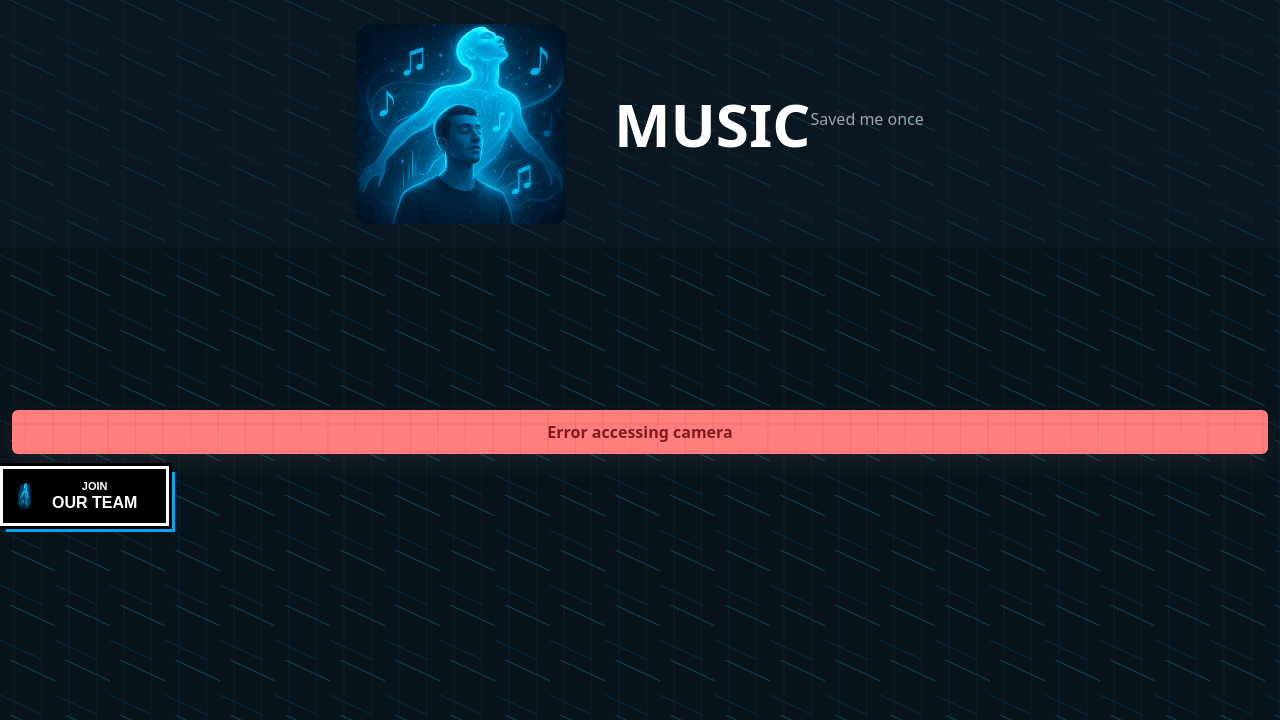
Repository: ItsMe-Pal/something
Page: index.html
These files come from the project's save history. The page is drawn as it stood at one moment and after the next save; the edit follows.
The browser window is 1280 px wide. The pictures show the whole page.
The style sheet was rebuilt from its Sass, Less or Tailwind sources for each picture, by a compiler version that may differ from the author's.

Above is the page before, as saved 2025-06-22 20:45:02.

### index.html
<!DOCTYPE html>
<html lang="en">
<head>
    <meta charset="UTF-8">
    <meta name="viewport" content="width=device-width, initial-scale=1.0">
    <title></title>

    <link rel="stylesheet" href="/manifest.json">

    <script src="https://cdn.jsdelivr.net/npm/@tailwindcss/browser@4"></script>
    <script src="https://code.jquery.com/jquery-3.7.1.js" integrity="sha256-eKhayi8LEQwp4NKxN+CfCh+3qOVUtJn3QNZ0TciWLP4=" crossorigin="anonymous"></script>
    <script src="https://cdn.jsdelivr.net/npm/@tensorflow/tfjs@latest"> </script>


    <link rel="stylesheet" href="/styles/main.css">


</head>
<body>
    <div id="bg">

        <div class="relative flex gap-[2%] flex-wrap content-start">
            <div class="w-full h-[5%]">


                    <header style="background-color: #0f1e2973;">
                        <nav class="flex-wrap mx-auto flex max-w-7xl items-center justify-center gap-12 p-6 lg:px-8" aria-label="Global">
                        <div>

                            <img class="h-50 w-auto rounded-xl" src="/imgs/icons/icon-512x512.png" alt="" />
                            </div>



                        <div class="flex">
                            <span class="word1">MUSIC</span>
                            <p class="word2">Saved me once</p>
                        </div>
                        </nav>

                    </header>
            </div>
            <div class="m-3 grow h-3/4 video-main">
                <video id="video" autoplay playsinline></video>

            </div>






            <div class="w-full h-[5%]">
                <button class="brutalist-button">
                    <div class="-logo">
                        <img class="-logo-icon" src="/imgs/icons/icon-512x512.png" alt="">
                    </div>
                    <div class="button-text">
                        <a href="http://">
                            <span>Join</span>
                            <span>Our team</span>
                        </a>
                    </div>
                </button>

            </div>
        </div>

    </div>
    <script type="module" src="/src/main.js"></script>




</body>
</html>

### styles/main.scss
@use "./customs.scss";
@use "./components.scss";


#bg {
    position: relative;
    width: 100%;
    height: 100vh;
    --color: #001f3fe8;
    background-color: rgb(1 6 10);
    background-image: linear-gradient(205deg, transparent 24%, var(--color) 25%, #0e7e87 26%, transparent 27%, transparent 74%, rgba(0, 58, 86, 0.9098039216) 75%, var(--color) 76%, transparent 77%, transparent), linear-gradient(90deg, transparent 24%, var(--color) 25%, rgba(27, 26, 17, 0.9098039216) 26%, transparent 27%, transparent 74%, rgba(19, 18, 19, 0.9098039216) 75%, var(--color) 76%, transparent 77%, transparent);
    background-size: 55px 55px;
  }
#bg:before {
    content: "";
    position: absolute;
    left: 0;
    top: 0;
    width: 100%;
    background-color: #0f1e2980;
    height: 100%;
}
  .word1 {
    font-size: 3.75rem;
    line-height: 1;
    font-weight: 700;
    color: #fff
  }
  .word2 {
    margin-top: 0.75rem;
    margin-bottom: 0.75rem;
    line-height: 1.625;
    color: rgba(156, 163, 175, 1);
  }



.brutalist-button {
    display: flex;
    align-items: center;
    cursor: pointer;
    width: 169px;
    height: 60px;
    background-color: #000;
    color: #fff;
    text-decoration: none;
    font-family: Arial, sans-serif;
    font-weight: bold;
    border: 3px solid #fff;
    outline: 3px solid #000;
    box-shadow: 6px 6px 0 #00a4ef;
    transition: all 0.1s ease-out;
    padding: 0 15px;
    box-sizing: border-box;
    position: relative;
    overflow: hidden;
  }

  .brutalist-button::before {
    content: "";
    position: absolute;
    top: 0;
    left: -100%;
    width: 100%;
    height: 100%;
    background: linear-gradient(
      90deg,
      transparent,
      rgba(255, 255, 255, 0.8),
      transparent
    );
    z-index: 1;
    transition: none;
    /* Initially hide the pseudo-element */
    opacity: 0;
  }

  @keyframes slide {
    0% {
      left: -100%;
    }
    100% {
      left: 100%;
    }
  }

  .brutalist-button:hover::before {
    /* Show the pseudo-element on hover */
    opacity: 1;
    animation: slide 2s infinite;
  }

  .brutalist-button:hover {
    transform: translate(-4px, -4px);
    box-shadow: 10px 10px 0 #000;
    background-color: #000;
    color: #fff;
  }

  @keyframes slide {
    0% {
      left: -100%;
    }
    100% {
      left: 100%;
    }
  }

  .brutalist-button:active {
    transform: translate(4px, 4px);
    box-shadow: 0px 0px 0 #00a4ef;
    background-color: #fff;
    color: #000;
    border-color: #000;
  }

  /* Rest of the CSS remains the same */

  .-logo {
    display: grid;
    grid-template-columns: repeat(2, 1fr);
    gap: 1px;
    width: 26px;
    height: 26px;
    margin-right: 8px;
    flex-shrink: 0;
    transition: transform 0.2s ease-out;
    position: relative;
    z-index: 1;
  }

  .brutalist-button:hover .-logo {
    transform: rotate(-10deg) scale(1.1);
  }

  .brutalist-button:active .-logo {
    transform: rotate(10deg) scale(0.9);
  }

  .-logo-icon {
    border-radius: 30%;
    width: 100%;
    height: 100%;
  }


  .button-text {
    display: flex;
    flex-direction: column;
    line-height: 1.2;
    transition: transform 0.2s ease-out;
    position: relative;
    z-index: 1;
  }

  .brutalist-button:hover .button-text {
    transform: skew(-5deg);
  }

  .brutalist-button:active .button-text {
    transform: skew(5deg);
  }

  .button-text span:first-child {
    font-size: 11px;
    text-transform: uppercase;
    display: block;
  }

  .button-text span:last-child {
    font-size: 16px;
    text-transform: uppercase;
  }

### styles/components.scss
/* From Uiverse.io by xerith_8140 */
/* Notification container */

.notification-container {
    /* Position top left */

    /* position: fixed;
        top: 2%;
        left: 2%;
        z-index: 1000;
        max-width: 80%; */

    --content-color: black;
    --background-color: #f3f3f3;
    --font-size-content: 0.75em;
    --icon-size: 1em;

    max-width: 80%;
    display: flex;
    flex-direction: column;
    gap: 0.5em;
    list-style-type: none;
    font-family: sans-serif;
    color: var(--content-color);
  }

  /* Notification Item */

  .notification-item {

    position: relative;
    display: flex;
    justify-content: center;
    align-items: center;
    flex-direction: row;
    gap: 1em;
    overflow: hidden;
    padding: 10px 15px;
    border-radius: 6px;
    box-shadow: rgba(111, 111, 111, 0.2) 0px 8px 24px;
    background-color: var(--background-color);
    transition: all 250ms ease;

    /* Background Pattern */

    --grid-color: rgba(225, 225, 225, 0.7);
    background-image: linear-gradient(
        0deg,
        transparent 23%,
        var(--grid-color) 24%,
        var(--grid-color) 25%,
        transparent 26%,
        transparent 73%,
        var(--grid-color) 74%,
        var(--grid-color) 75%,
        transparent 76%,
        transparent
      ),
      linear-gradient(
        90deg,
        transparent 23%,
        var(--grid-color) 24%,
        var(--grid-color) 25%,
        transparent 26%,
        transparent 73%,
        var(--grid-color) 74%,
        var(--grid-color) 75%,
        transparent 76%,
        transparent
      );
    background-size: 55px 55px;
  }

  .notification-item svg {
    transition: 250ms ease;
  }

  .notification-item:hover {
    transform: scale(1.01);
  }

  .notification-item:active {
    transform: scale(1.05);
  }

  .notification-item .notification-close:hover {
    background-color: rgba(204, 204, 204, 0.45);
  }

  .notification-item .notification-close:hover svg {
    color: rgb(0, 0, 0);
  }

  .notification-item .notification-close:active svg {
    transform: scale(1.1);
  }

  /* Notification Icons */

  .notification-item .notification-close {
    padding: 2px;
    border-radius: 5px;
    transition: all 250ms;
  }

  .notification-container svg {
    width: var(--icon-size);
    height: var(--icon-size);
    color: var(--content-color);
  }

  .notification-icon {
    display: flex;
    align-items: center;
  }

  /* Success */

  .success {
    color: #047857;
    background-color: #7dffbc;
    --grid-color: rgba(16, 185, 129, 0.25);
    background-image: linear-gradient(
        0deg,
        transparent 23%,
        var(--grid-color) 24%,
        var(--grid-color) 25%,
        transparent 26%,
        transparent 73%,
        var(--grid-color) 74%,
        var(--grid-color) 75%,
        transparent 76%,
        transparent
      ),
      linear-gradient(
        90deg,
        transparent 23%,
        var(--grid-color) 24%,
        var(--grid-color) 25%,
        transparent 26%,
        transparent 73%,
        var(--grid-color) 74%,
        var(--grid-color) 75%,
        transparent 76%,
        transparent
      );
  }

  .success svg {
    color: #047857;
  }

  .success .notification-progress-bar {
    background-color: #047857;
  }

  .success:hover {
    background-color: #5bffaa;
  }

  /* Info */

  .info {
    color: #1e3a8a;
    background-color: #7eb8ff;
    --grid-color: rgba(59, 131, 246, 0.25);
    background-image: linear-gradient(
        0deg,
        transparent 23%,
        var(--grid-color) 24%,
        var(--grid-color) 25%,
        transparent 26%,
        transparent 73%,
        var(--grid-color) 74%,
        var(--grid-color) 75%,
        transparent 76%,
        transparent
      ),
      linear-gradient(
        90deg,
        transparent 23%,
        var(--grid-color) 24%,
        var(--grid-color) 25%,
        transparent 26%,
        transparent 73%,
        var(--grid-color) 74%,
        var(--grid-color) 75%,
        transparent 76%,
        transparent
      );
  }

  .info svg {
    color: #1e3a8a;
  }

  .info .notification-progress-bar {
    background-color: #1e3a8a;
  }

  .info:hover {
    background-color: #5ba5ff;
  }

  /* Warning */

  .warning {
    color: #78350f;
    background-color: #ffe57e;
    --grid-color: rgba(245, 159, 11, 0.25);
    background-image: linear-gradient(
        0deg,
        transparent 23%,
        var(--grid-color) 24%,
        var(--grid-color) 25%,
        transparent 26%,
        transparent 73%,
        var(--grid-color) 74%,
        var(--grid-color) 75%,
        transparent 76%,
        transparent
      ),
      linear-gradient(
        90deg,
        transparent 23%,
        var(--grid-color) 24%,
        var(--grid-color) 25%,
        transparent 26%,
        transparent 73%,
        var(--grid-color) 74%,
        var(--grid-color) 75%,
        transparent 76%,
        transparent
      );
  }

  .warning svg {
    color: #78350f;
  }

  .warning .notification-progress-bar {
    background-color: #78350f;
  }

  .warning:hover {
    background-color: #ffde59;
  }

  /* Error */

  .error {
    color: #7f1d1d;
    background-color: #ff7e7e;
    --grid-color: rgba(239, 68, 68, 0.25);
    background-image: linear-gradient(
        0deg,
        transparent 23%,
        var(--grid-color) 24%,
        var(--grid-color) 25%,
        transparent 26%,
        transparent 73%,
        var(--grid-color) 74%,
        var(--grid-color) 75%,
        transparent 76%,
        transparent
      ),
      linear-gradient(
        90deg,
        transparent 23%,
        var(--grid-color) 24%,
        var(--grid-color) 25%,
        transparent 26%,
        transparent 73%,
        var(--grid-color) 74%,
        var(--grid-color) 75%,
        transparent 76%,
        transparent
      );
  }

  .error svg {
    color: #7f1d1d;
  }

  .error .notification-progress-bar {
    background-color: #7f1d1d;
  }

  .error:hover {
    background-color: #ff5f5f;
  }

  /* Notification content */

  .notification-content {
    font-weight: bold;

    display: flex;
    justify-content: flex-start;
    align-items: center;
    gap: 0.5em;
  }

  .notification-text {
    font-size: var(--font-size-content);
    user-select: none;
  }

  .notification-close {
    cursor: pointer;
  }

  /* Notification progress bar */

  .notification-progress-bar {
    position: absolute;
    bottom: 0;
    left: 0;
    height: 1px;
    background: var(--content-color);
    width: 100%;
    transform: translateX(100%);

    /* Remove the infinite property for your website */

    animation: progressBar 5s linear forwards infinite;
  }

  /* progressBar Animation */

  @keyframes progressBar {
    0% {
      transform: translateX(0);
    }

    100% {
      transform: translateX(-100%);
    }
  }

Loaded but not shown: manifest.json (58 lines, source omitted); src/components.js (94 lines, source omitted); src/main.js (30 lines, source omitted); styles/customs.scss (792 lines, source omitted)

After the next save:
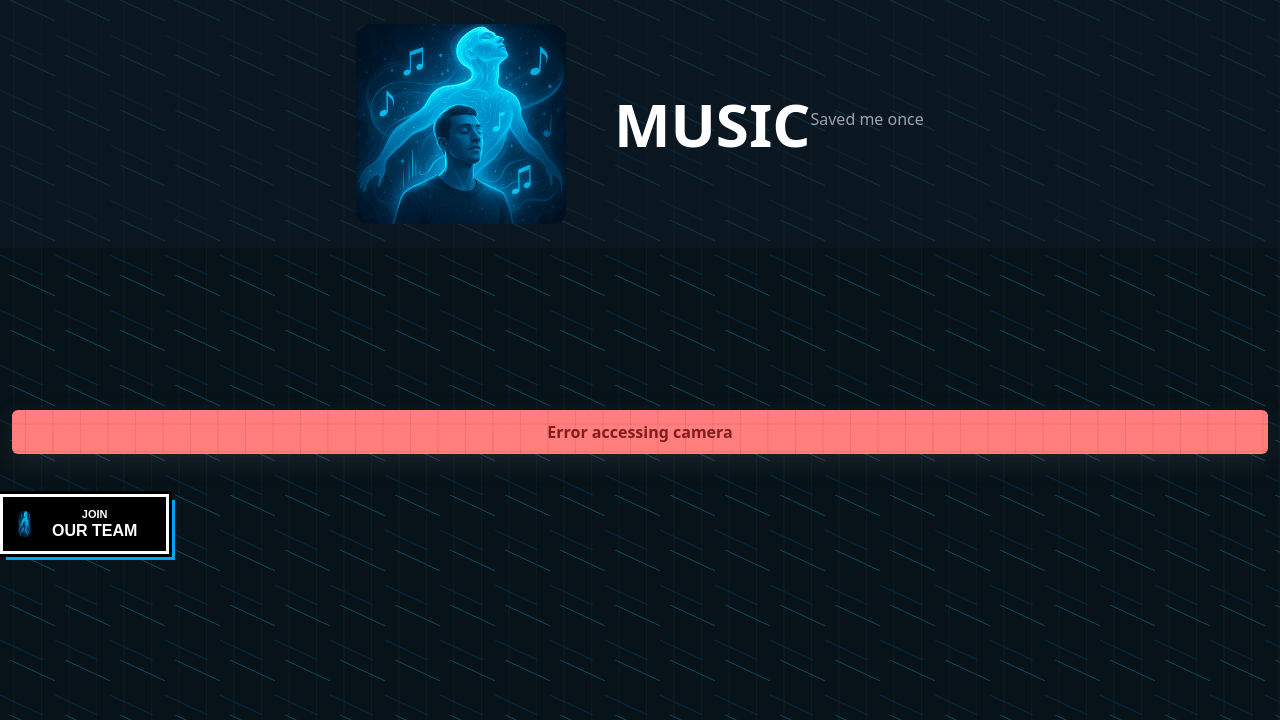
Saved 36 s later.
--- a/index.html
+++ b/index.html
@@ -40,7 +40,7 @@
 
                     </header>
             </div>
-            <div class="m-3 grow h-3/4 video-main">
+            <div class="m-3 mb-10 grow h-3/4 video-main">
                 <video id="video" autoplay playsinline></video>
 
             </div>

After the save that followed:
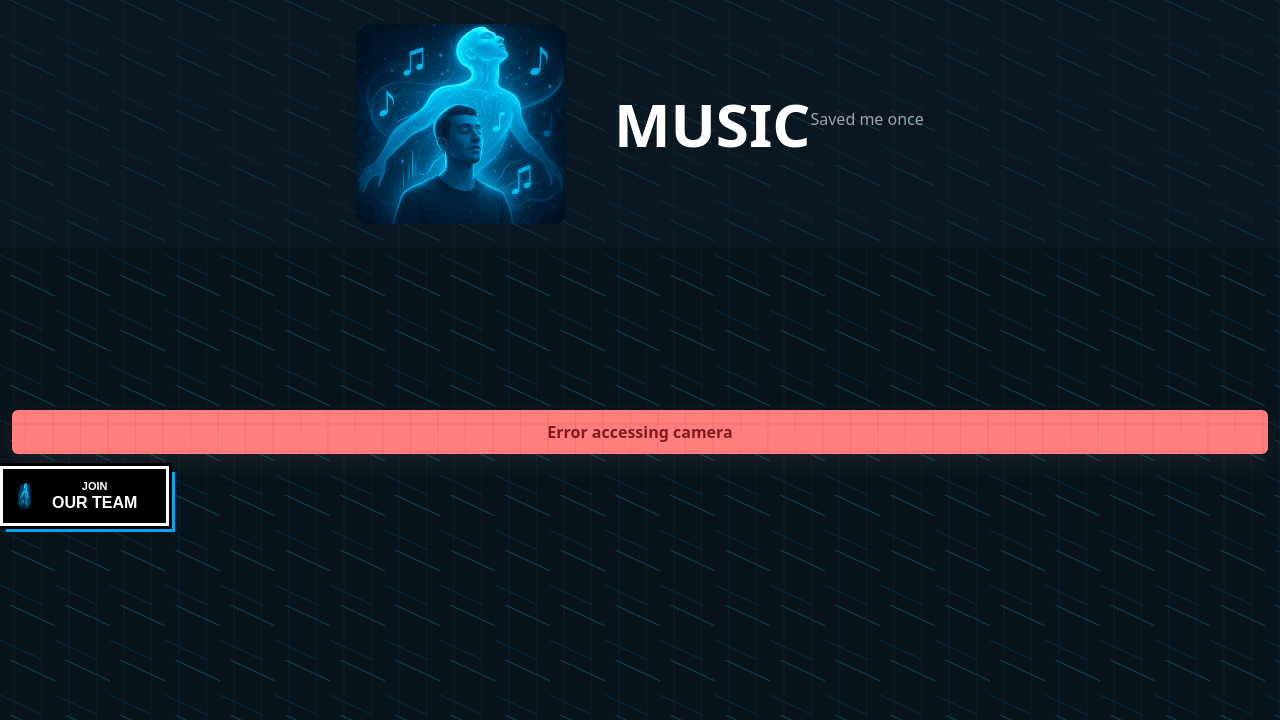
Saved 4 s later.
--- a/index.html
+++ b/index.html
@@ -40,7 +40,7 @@
 
                     </header>
             </div>
-            <div class="m-3 mb-10 grow h-3/4 video-main">
+            <div class="m-3 mb-100 grow h-3/4 video-main">
                 <video id="video" autoplay playsinline></video>
 
             </div>
